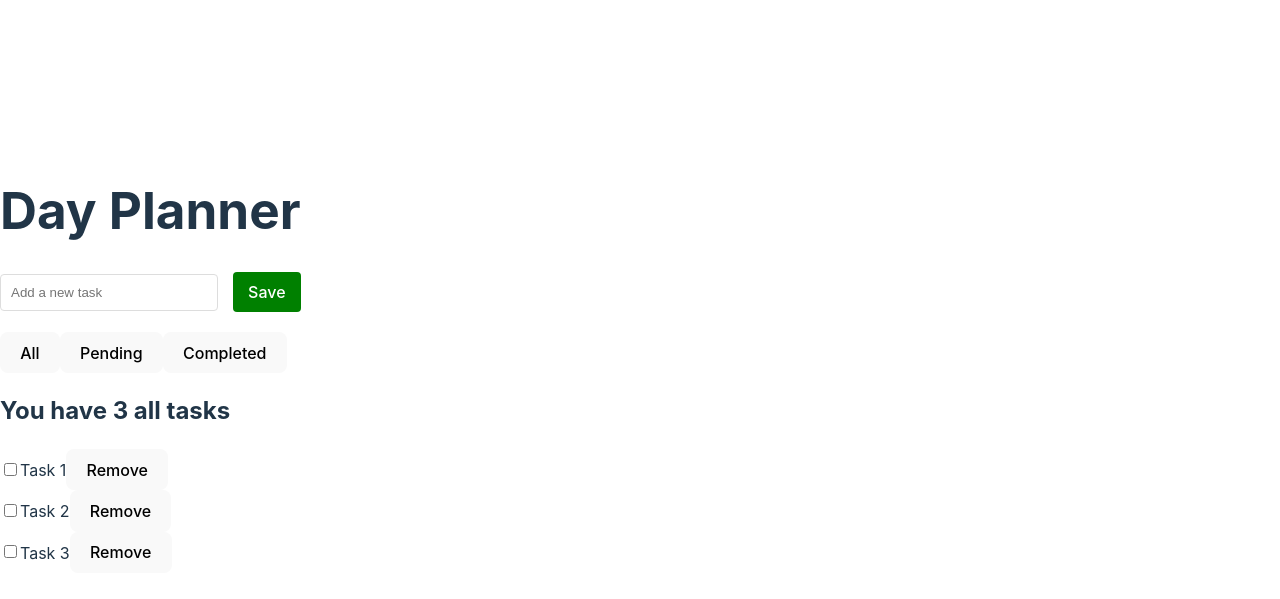
Repository: GavinPahal/Lab7
Page: /
An editor plug-in stored every save of this project. The page is shown before and after the next save, followed by the edit.
The browser window is 1280 px wide. The pictures show the whole page.
The project was rebuilt for these pictures with package versions that can differ from the ones it lists, and the page was loaded fresh each time. Also part of the build but not shown: vite.config.js.

Above is the page before, as saved 2024-10-28 13:55:19.

After the next save:
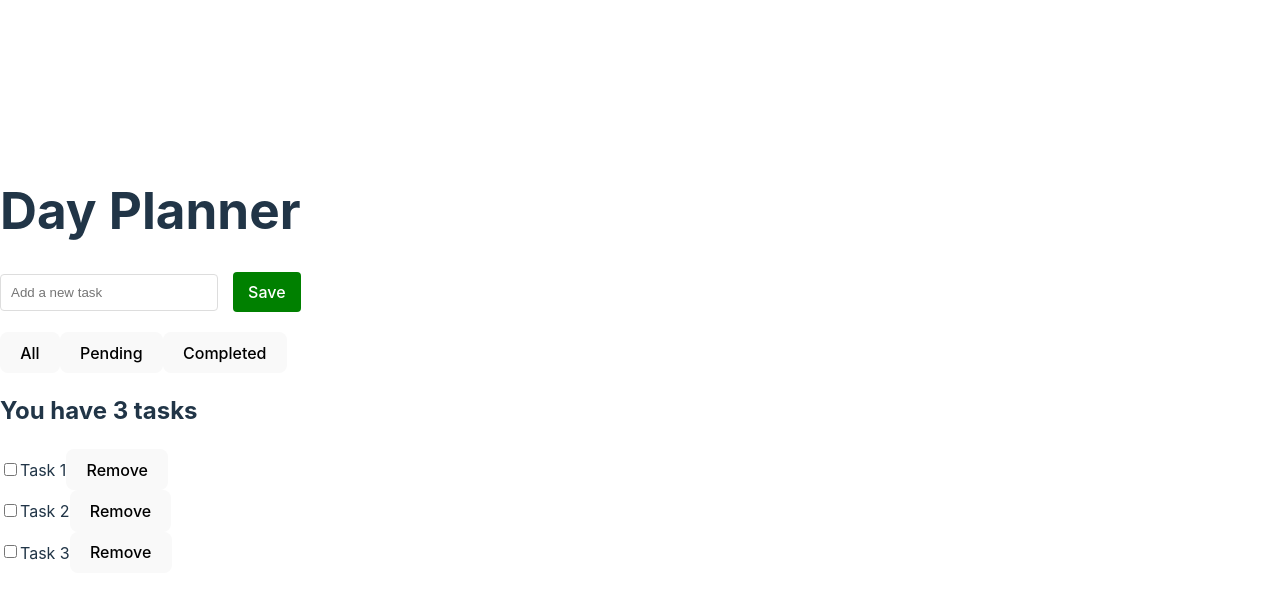
Saved 4 min 1 s later.
--- a/src/App.jsx
+++ b/src/App.jsx
@@ -9,22 +9,23 @@ function App() {
     { text: 'Task 2', isCompleted: false },
     { text: 'Task 3', isCompleted: false },
   ]);
-  const [filter, setFilter] = useState('all'); // New state for filter
+  const [filter, setFilter] = useState('all'); // Filter state
 
   const addTask = (task) => setTasks([...tasks, { text: task, isCompleted: false }]);
 
   const toggleTask = (index) => {
-    setTasks((prevTasks) =>
+    setTasks(prevTasks =>
       prevTasks.map((task, i) => i === index ? { ...task, isCompleted: !task.isCompleted } : task)
     );
   };
 
   const deleteTask = (index) => setTasks(tasks.filter((_, i) => i !== index));
 
+  // Filter tasks based on selection
   const filteredTasks = tasks.filter(task => {
     if (filter === 'pending') return !task.isCompleted;
     if (filter === 'completed') return task.isCompleted;
-    return true; // 'all'
+    return true; // All tasks
   });
 
   return (
@@ -32,13 +33,18 @@ function App() {
       <h1>Day Planner</h1>
       <TaskForm addTask={addTask} />
 
-      <div className="filter-buttons">
-        <button onClick={() => setFilter('all')}>All</button>
-        <button onClick={() => setFilter('pending')}>Pending</button>
-        <button onClick={() => setFilter('completed')}>Completed</button>
-      </div>
+      {/* Conditionally render filter buttons */}
+      {filter !== 'completed' && (
+        <div className="filter-buttons">
+          <button onClick={() => setFilter('all')}>All</button>
+          <button onClick={() => setFilter('pending')}>Pending</button>
+          <button onClick={() => setFilter('completed')}>Completed</button>
+        </div>
+      )}
 
-      <h2>You have {filteredTasks.length} {filter} tasks</h2>
+      {/* Conditionally render header text for tasks */}
+      {filter === 'all' && <h2>You have {filteredTasks.length} tasks</h2>}
+
       <div className="task-list">
         {filteredTasks.map((task, index) => (
           <Task
